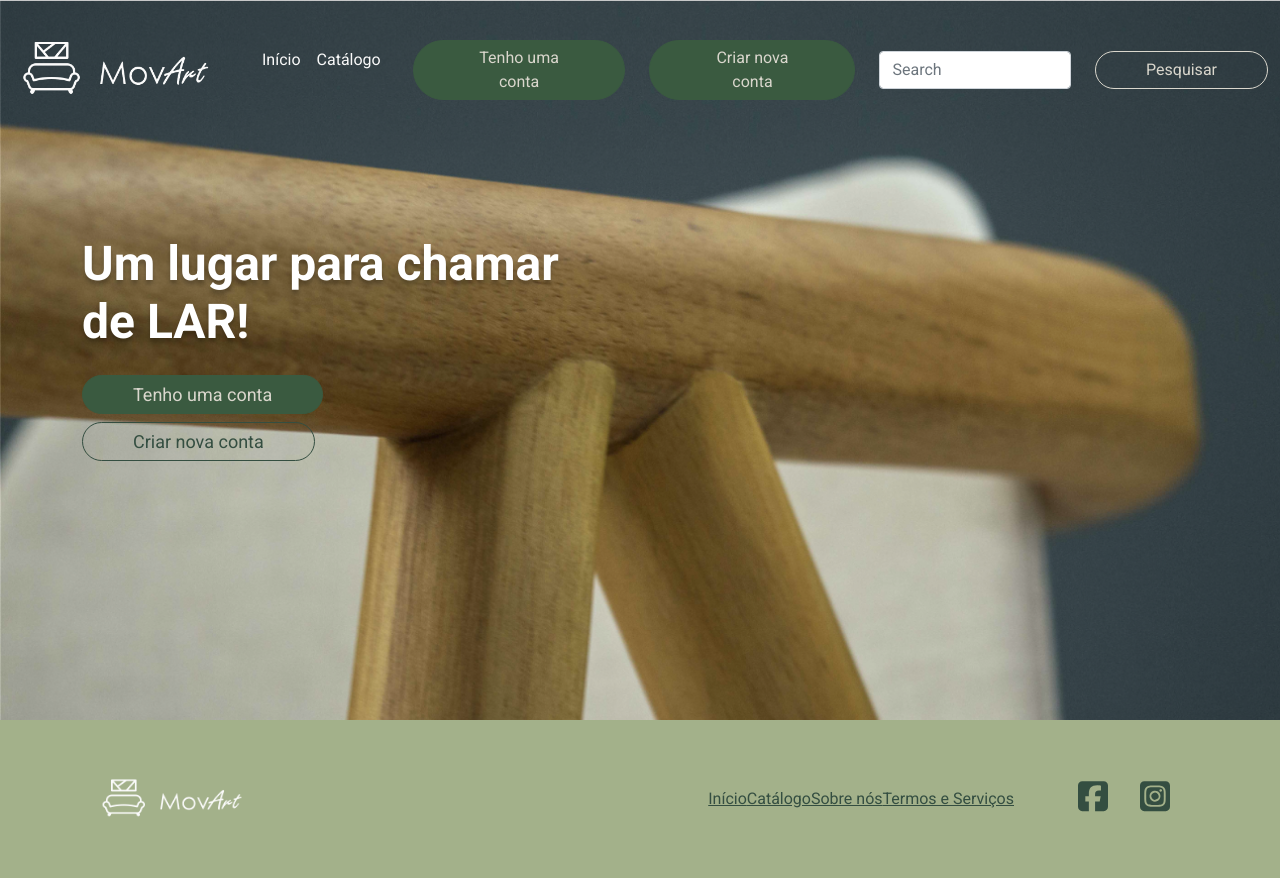
Repository: telesbp/Projeto-4-e-Projeto-5
Page: / (app in front-end/)
The author's editor kept a copy of each file at every save. The page is drawn from the files as they stood at one save, then again after the next save.
The browser window is 1280 px wide. The pictures show the whole page.
The project was rebuilt for these pictures with package versions that can differ from the ones it lists, and the page was loaded fresh each time.

Above is the page before, as saved 2022-07-18 18:49:30.

After the next save:
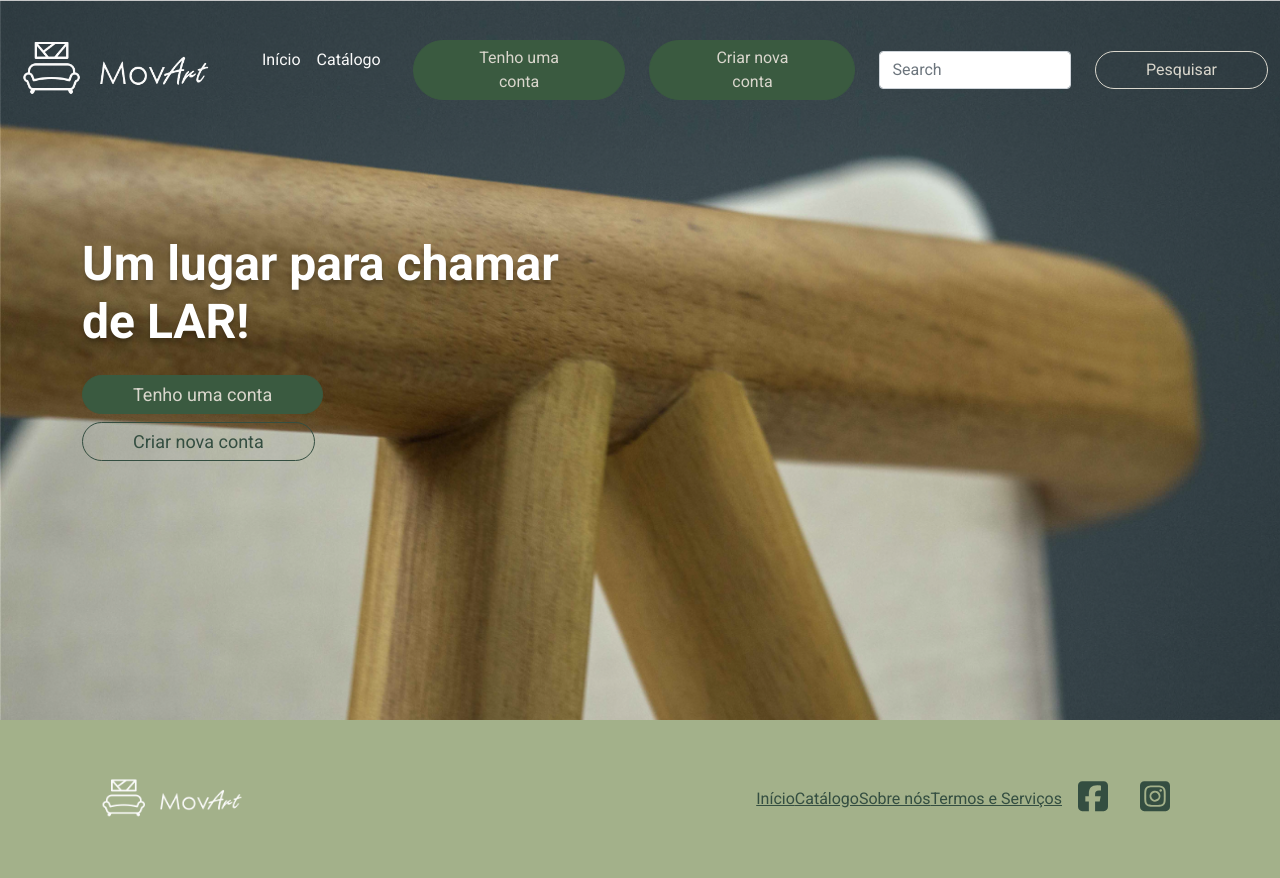
Saved 67 s later.
--- a/front-end/src/components/Layout/Footer.tsx
+++ b/front-end/src/components/Layout/Footer.tsx
@@ -12,7 +12,7 @@ export function Footer () {
                 <Link to="/" className="me-lg-auto" >
                     <img src={LogoBrand} alt="MovArt" width={170} height={80}/>
                 </Link>
-                <Nav className="flex-column flex-lg-row mx-5">
+                <Nav className="flex-column flex-lg-row ">
                     <NavLinkTitleStyled  as={Link} to="/">Início</NavLinkTitleStyled >
                     <NavLinkTitleStyled  as={Link} to="/">Catálogo</NavLinkTitleStyled >
                     <NavLinkTitleStyled  as={Link} to="/">Sobre nós</NavLinkTitleStyled >

After the save that followed:
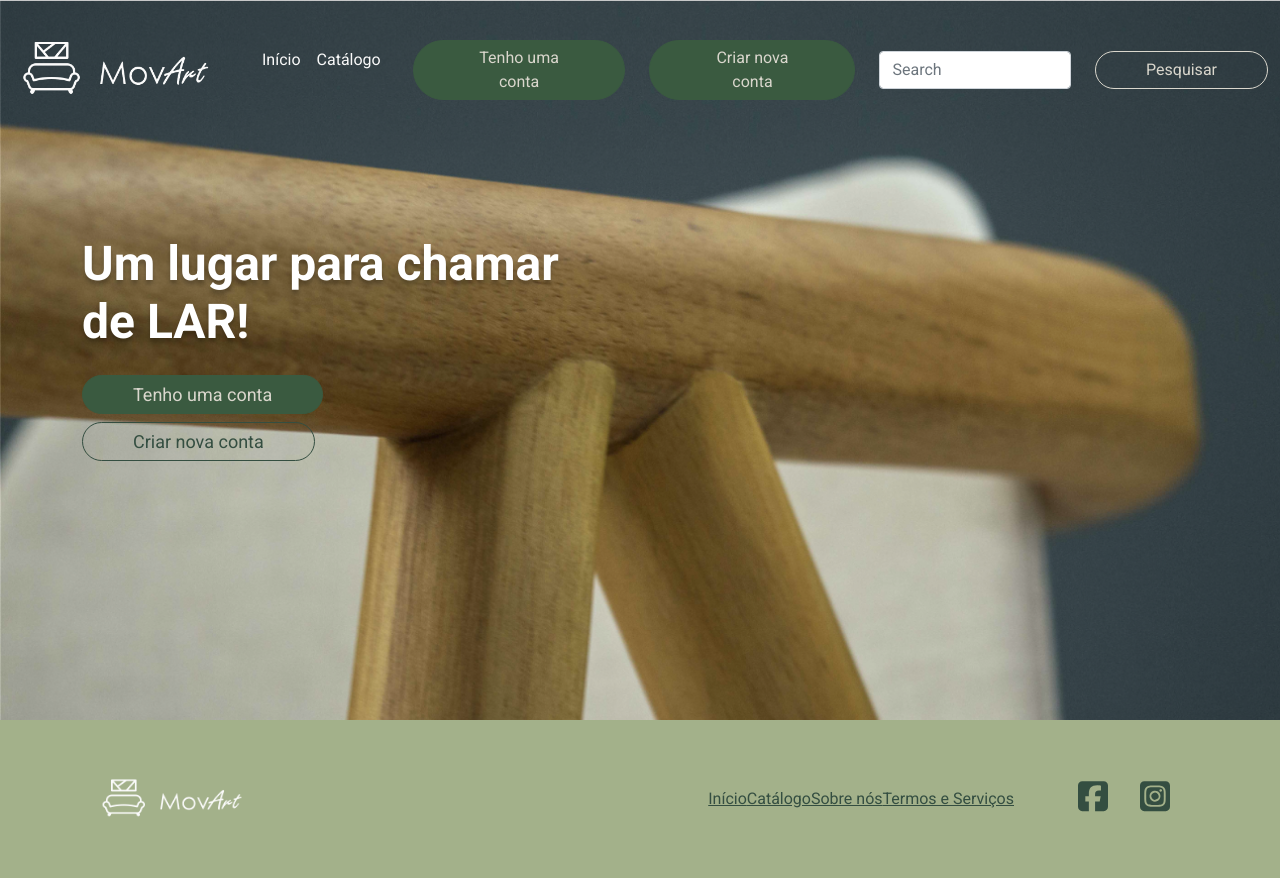
Saved 6 s later.
--- a/front-end/src/components/Layout/Footer.tsx
+++ b/front-end/src/components/Layout/Footer.tsx
@@ -12,7 +12,7 @@ export function Footer () {
                 <Link to="/" className="me-lg-auto" >
                     <img src={LogoBrand} alt="MovArt" width={170} height={80}/>
                 </Link>
-                <Nav className="flex-column flex-lg-row ">
+                <Nav className="flex-column flex-lg-row mx-5">
                     <NavLinkTitleStyled  as={Link} to="/">Início</NavLinkTitleStyled >
                     <NavLinkTitleStyled  as={Link} to="/">Catálogo</NavLinkTitleStyled >
                     <NavLinkTitleStyled  as={Link} to="/">Sobre nós</NavLinkTitleStyled >
